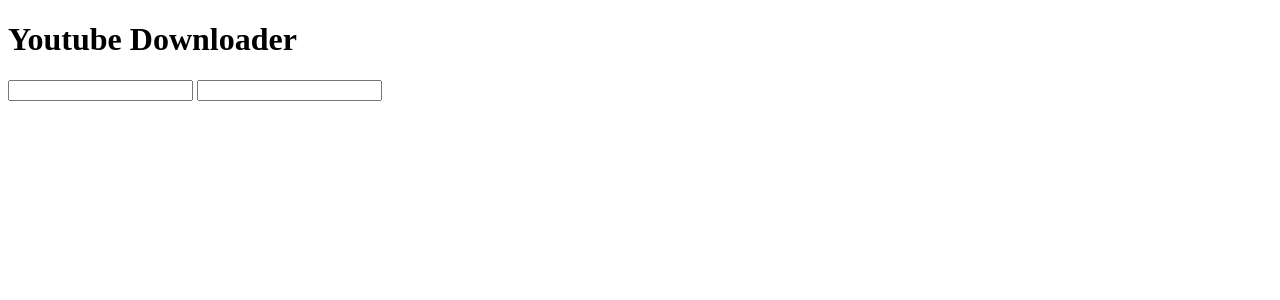
Repository: HadiaMasood/YoutubeDownloader-And-Clipper
Page: Youtube.html
The author's editor kept a copy of each file at every save. The page is drawn from the files as they stood at one save, then again after the next save.
The browser window is 1280 px wide. The pictures show the whole page.

Above is the page before, as saved 2026-04-01 12:23:31.

After the next save:
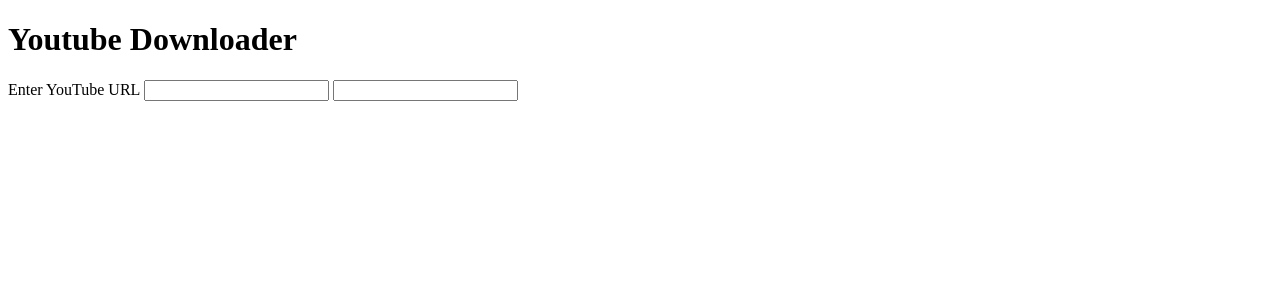
Saved 27 s later.
--- a/Youtube.html
+++ b/Youtube.html
@@ -15,7 +15,7 @@
     <form action="">
 
 
-        <label for=""></label>
+        <label for="">Enter YouTube URL</label>
 <input type="text">
         <label for=""></label>
 
